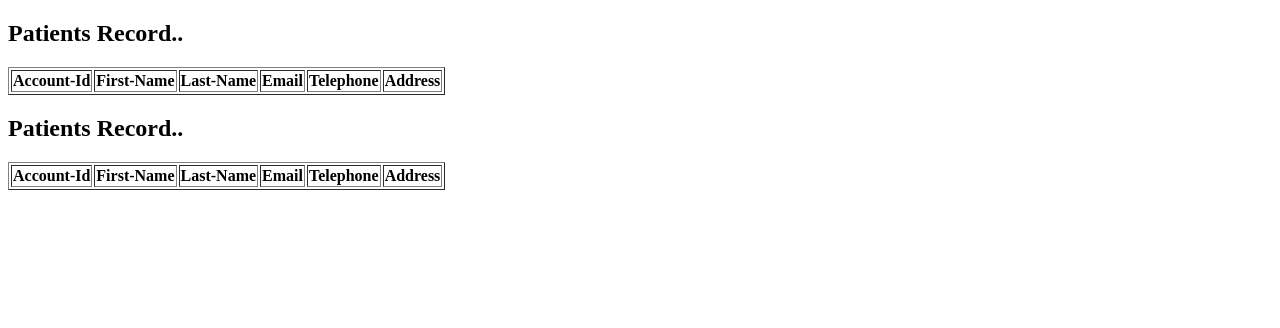
Repository: anujsoni10001/JSP-Servlet
Page: http://localhost/Minor/staff-patient.jsp
These files come from the project's save history. The page is drawn as it stood at one moment and after the next save; the edit follows.
The browser window is 1280 px wide. The pictures show the whole page.
The page is served by Tomcat 9. Queries for data that is not in the repository find no rows.

Above is the page before, as saved 2019-03-23 05:22:14.

After the next save:
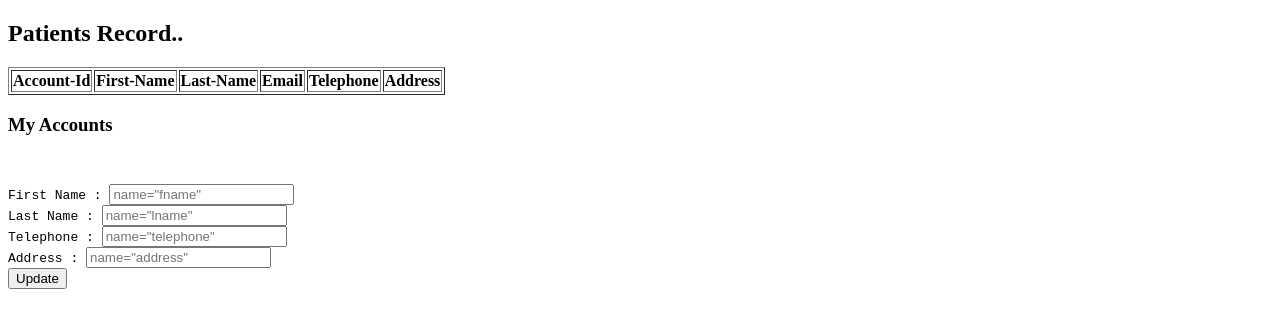
Saved 24 s later.
--- a/FinalProject/minor - Copy/Minor/WebContent/staff-patient.jsp
+++ b/FinalProject/minor - Copy/Minor/WebContent/staff-patient.jsp
@@ -1,6 +1,6 @@
 <%
 RequestDispatcher rd=request.getRequestDispatcher("patientrecord.jsp");
 rd.include(request,response);
-RequestDispatcher rd1=request.getRequestDispatcher("patientrecord.jsp");
+RequestDispatcher rd1=request.getRequestDispatcher("staff-patient2.jsp");
 rd1.include(request,response);
 %>
